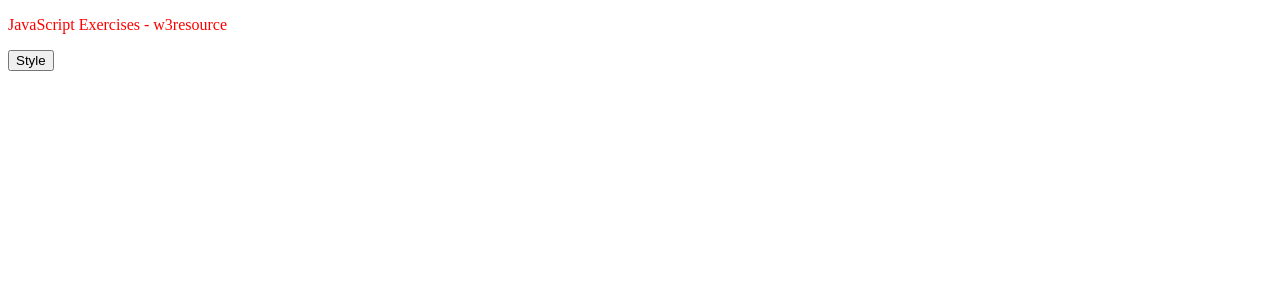
Repository: nnebuchi/stormcell_js_training
Page: dom_manipulation/exercises/task_1/index.html
The author's editor kept a copy of each file at every save. The page is drawn from the files as they stood at one save, then again after the next save.
The browser window is 1280 px wide. The pictures show the whole page.
After loading, the first visible `#jsstyle` was clicked once.

Above is the page before, as saved 2023-02-02 22:13:32.

After the next save:
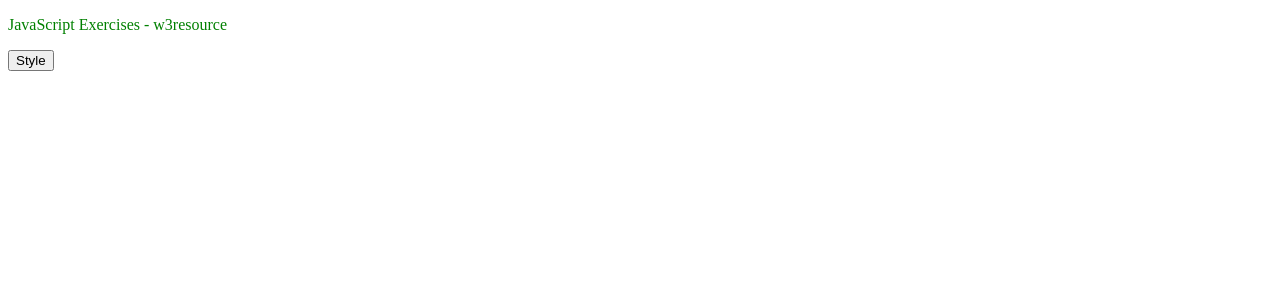
Saved 46 s later.
--- a/dom_manipulation/exercises/task_1/index.html
+++ b/dom_manipulation/exercises/task_1/index.html
@@ -21,7 +21,7 @@
     <script>
         const js_style = () =>{
             const runtext = document.querySelector("#text")
-            runtext.style.color = "red";
+            runtext.style.color = "green";
         }
 
     </script>
